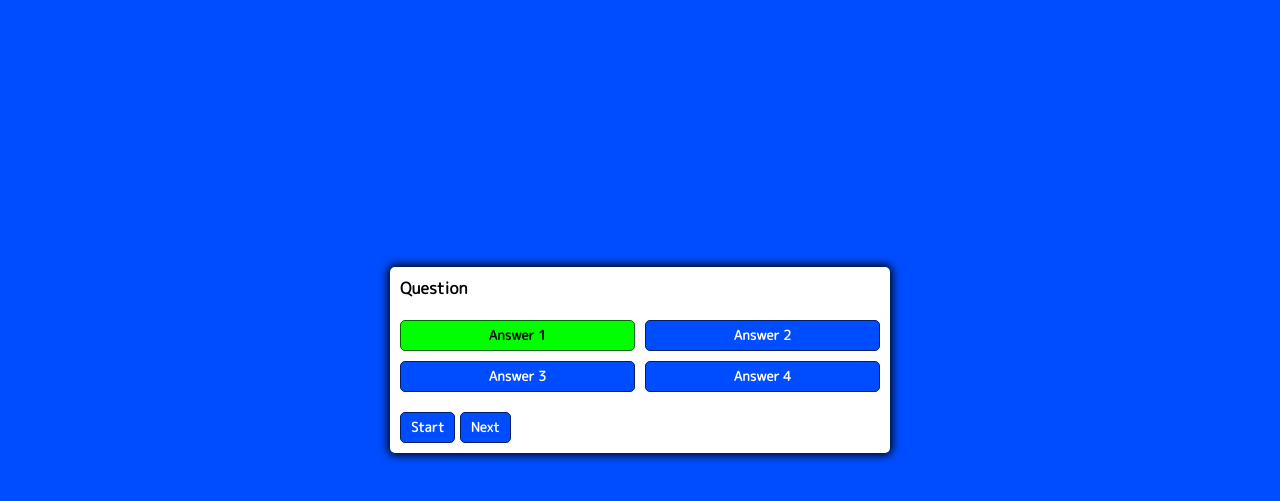
Repository: spidero7/Star-Wars_Quiz-Game
Page: index.html
These files come from the project's save history. The page is drawn as it stood at one moment and after the next save; the edit follows.
The browser window is 1280 px wide. The pictures show the whole page.

Above is the page before, as saved 2021-08-29 08:13:56.

After the next save:
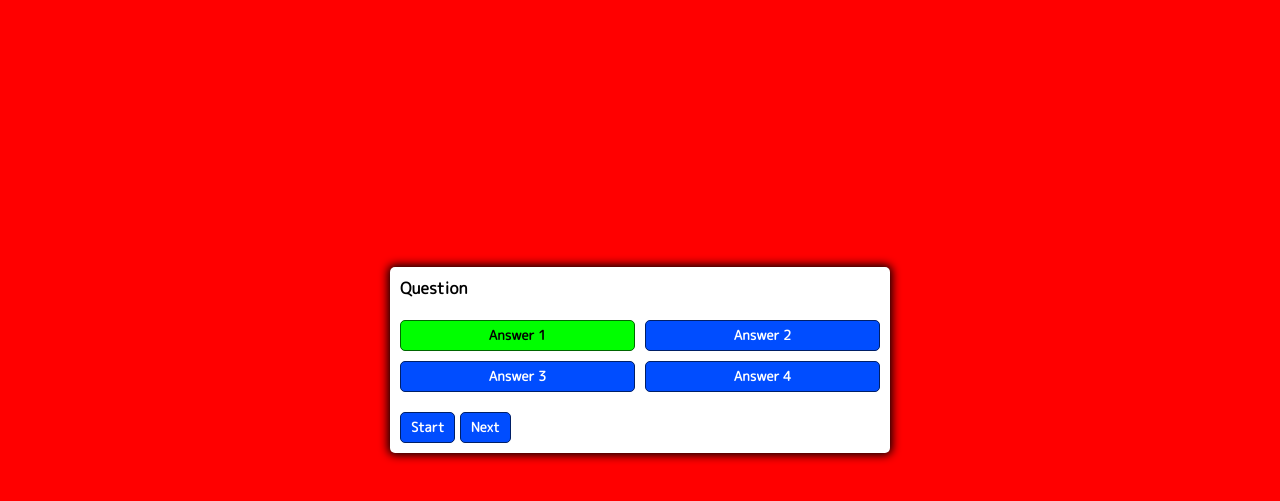
Saved 43 s later.
--- a/index.html
+++ b/index.html
@@ -10,7 +10,7 @@
     <link href="https://fonts.googleapis.com/css2?family=M+PLUS+Rounded+1c&display=swap" rel="stylesheet">
     <link rel="stylesheet" href="style.css">
 </head>
-<body>
+<body class="wrong">
 
     <div class="container">
         <div id="question-container" class="hide">

After the 2 saves that followed:
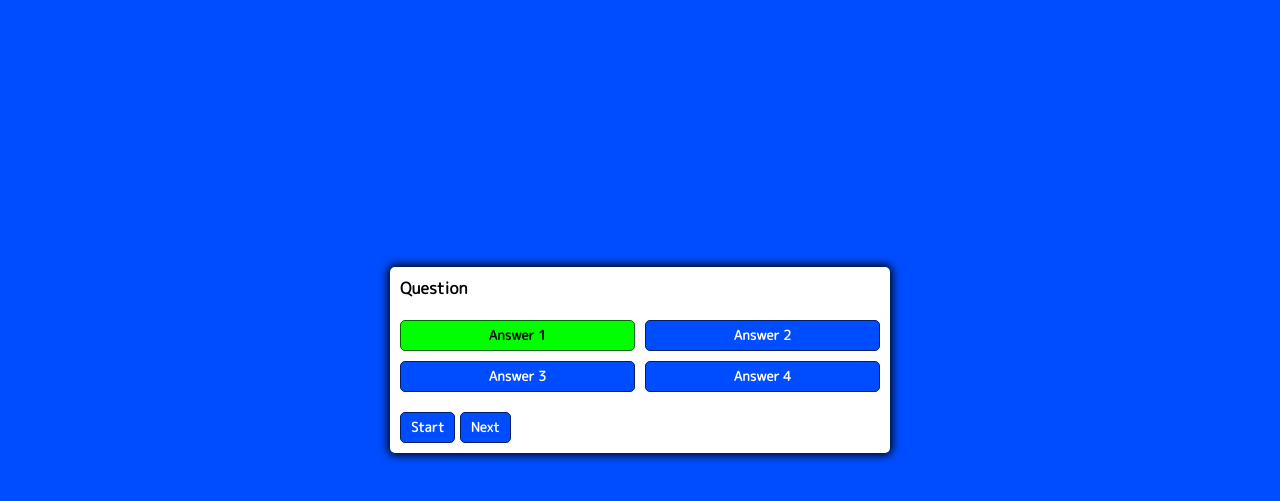
The 2 saves are shown as one change because they came seconds apart.
The last was saved 19 s later.
--- a/index.html
+++ b/index.html
@@ -10,7 +10,7 @@
     <link href="https://fonts.googleapis.com/css2?family=M+PLUS+Rounded+1c&display=swap" rel="stylesheet">
     <link rel="stylesheet" href="style.css">
 </head>
-<body class="wrong">
+<body>
 
     <div class="container">
         <div id="question-container" class="hide">
